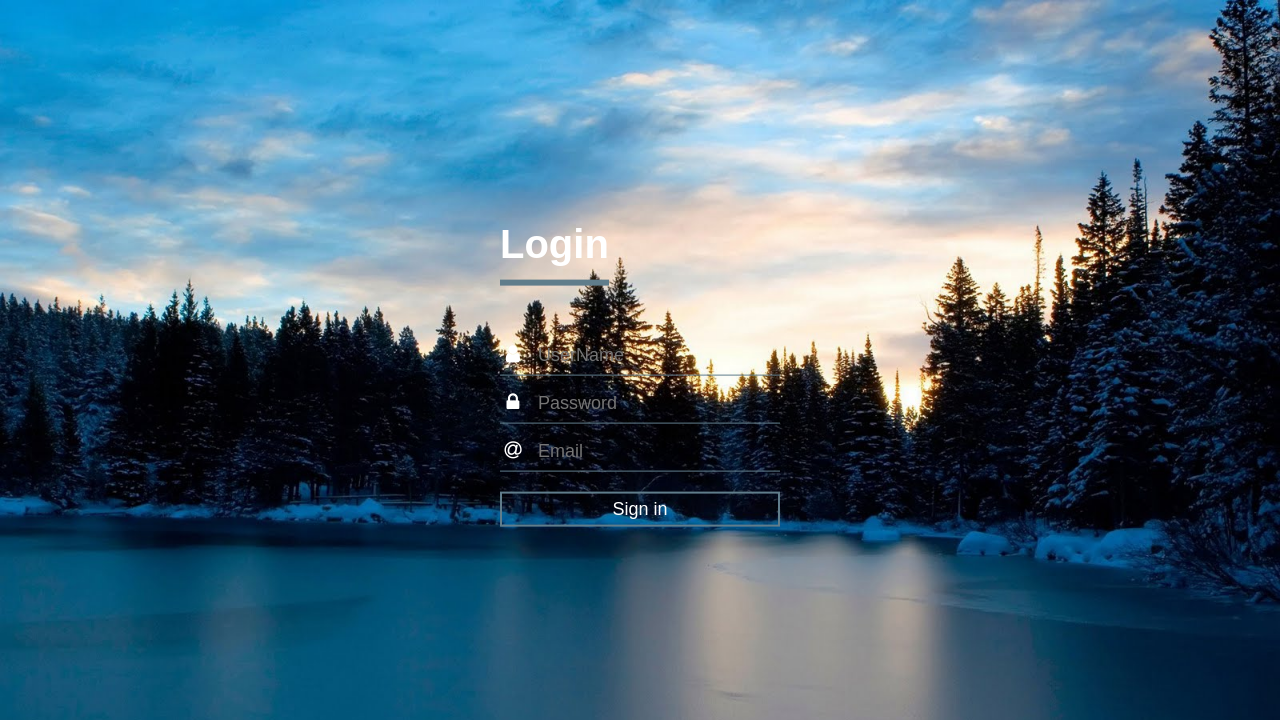
Repository: Berilinanir/Login-Logout-System
Page: Loginn/WebContent/registrationn.html
The author's editor kept a copy of each file at every save. The page is drawn from the files as they stood at one save, then again after the next save.
The browser window is 1280 px wide. The pictures show the whole page.

Above is the page before, as saved 2018-10-14 10:58:54.

### Loginn/WebContent/registrationn.html
<!DOCTYPE html>
<html>
<head>
<meta charset="UTF-8">

<title>Login Form</title>


 <form method="post" action="Main">

<link rel="stylesheet" href="style.css">

</head>
<body>

 <form method="post" action="Main">


 <div class="registration-box">

 <h1>Login</h1>

<div class="textbox">

      <i class="fa fa-user" aria-hidden="true" ></i>

  <input type="text" placeholder="UserName"  name="uname" value="">

 </div>

 <div class="textbox">

     <i class="fa fa-lock" aria-hidden="true"></i>

  <input type="password" placeholder="Password"  name="upass" value="">

 </div>


  <div class="textbox">

      <i class="fa fa-at" aria-hidden="true"></i>

   <input type="email" placeholder="Email" name="email" value="">

  </div>

 <input class="btn" type="submit"  name="" value="Sign in">

 </form>
</body>
</html>

### Loginn/WebContent/style.css
@charset "UTF-8";

@import "https://stackpath.bootstrapcdn.com/font-awesome/4.7.0/css/font-awesome.min.css";


body{

	margin:0;
	padding:0;
	font-family:sans-serif;
	background:url("resim2.jpg") no-repeat;
	background-size:cover;

}

.registration-box{

	  width:280px;
	  position:absolute;
	  top:50%;
	  left:50%;
	  transform:translate(-50%,-50%);
	  color:white;

}

.registration-box h1{

	float:left;
	font-size:40px;
	border-bottom:6px solid #607d8b;
	margin-bottom:50px;
	padding:13px 0

}

.textbox{

	width:100%;
	overflow:hidden;
	font-size:20px;
	padding:8px 0;
	margin:8px 0;
	border-bottom:1px solid #607d8b;
}

.textbox i{

	width:26px;
	float:left;
	text-align:center;

}

.textbox input{

	border:none;
	outline:none;
	background:none;
	color:white;
	font-size:18px;
	width:80%;
	float:left;
	margin:0 10px;
}

.btn{

	width:100%;
	background:none;
	border:2px solid #607d8b;
	color:white;
	padding:5px;
	font-size:18px;
	cursor:pointer;
	margin:12px 0;

}

After the next save:
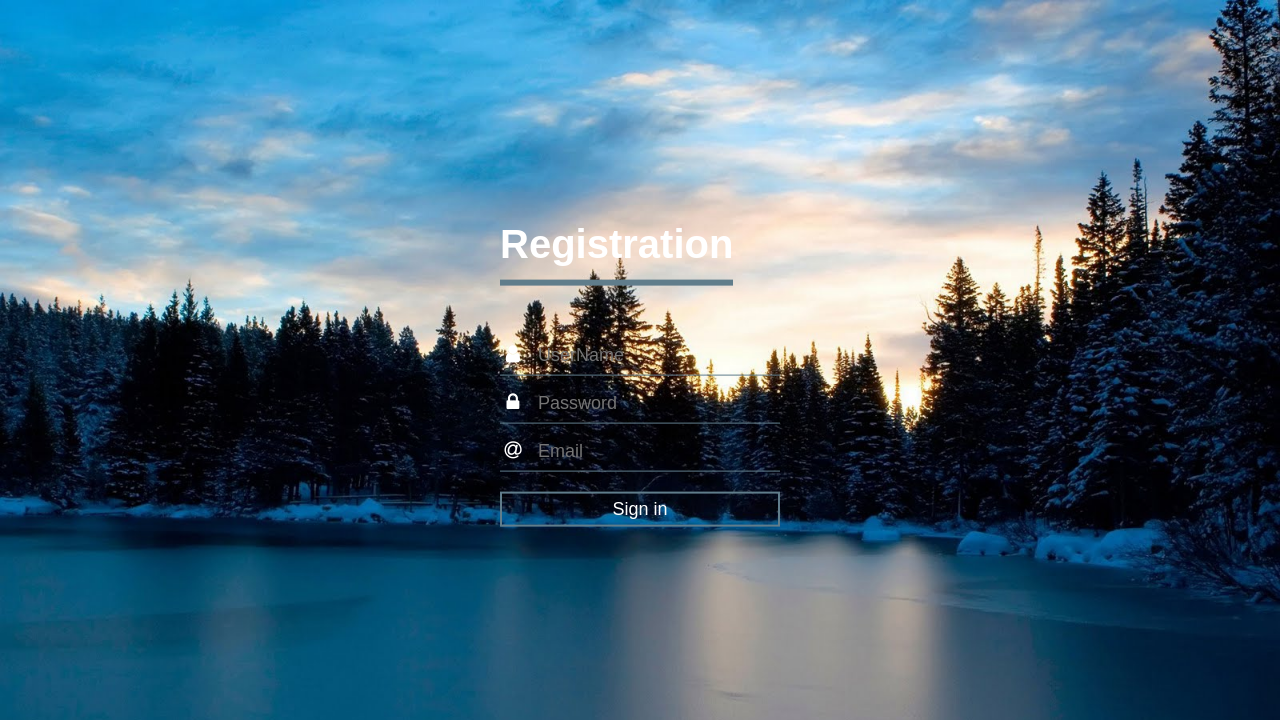
Saved 7 min 41 s later.
--- a/Loginn/WebContent/registrationn.html
+++ b/Loginn/WebContent/registrationn.html
@@ -18,7 +18,7 @@
 
  <div class="registration-box">
 
- <h1>Login</h1>
+ <h1>Registration</h1>
 
 <div class="textbox">
 
